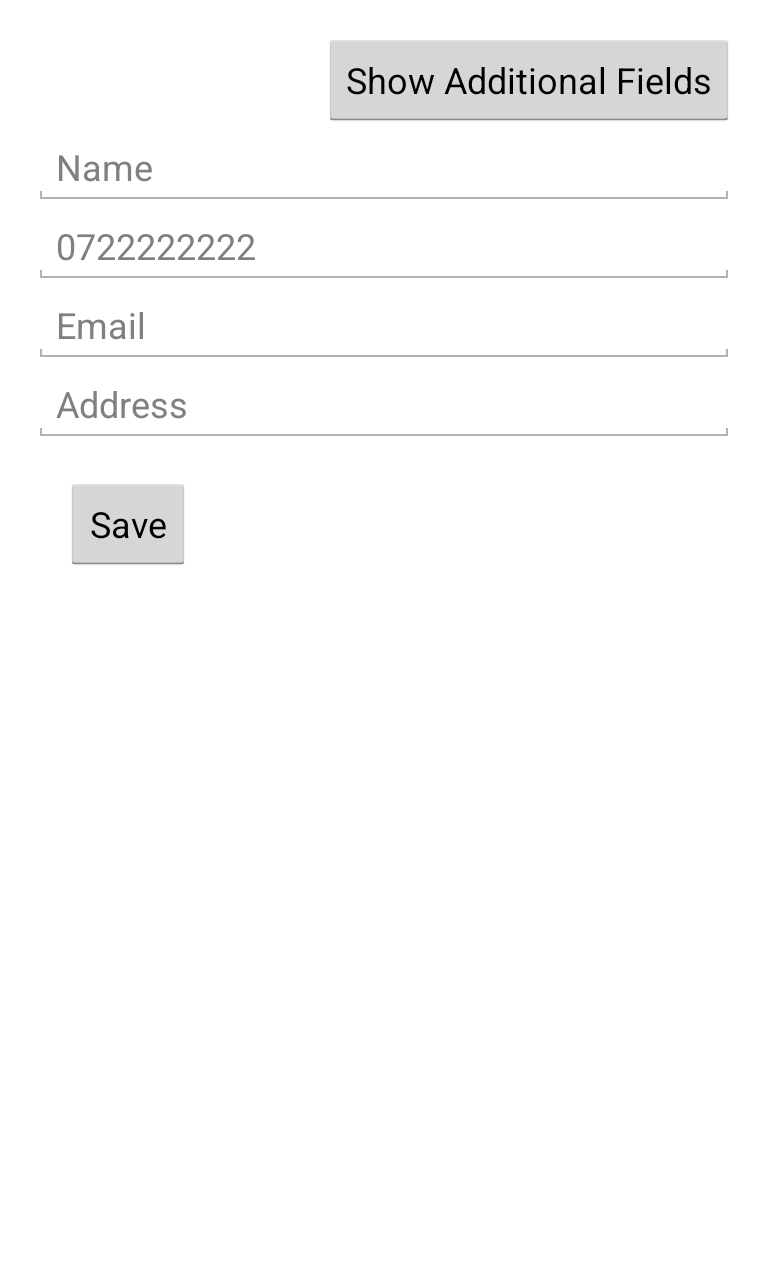
Repository: andreeastoican/Laborator04
Layout: ContactsManager/res/layout/fragment_basic_details.xml
These files come from the project's save history. The layout is drawn as it stood at one moment and after the next save; the edit follows.
It is drawn on a 768 x 1280 px phone screen (xhdpi) without system bars, with theme AppTheme; the app's code is not run.

Above is the layout before, as saved 2015-03-17 19:35:13.

### ContactsManager/res/layout/fragment_basic_details.xml
<LinearLayout xmlns:android="http://schemas.android.com/apk/res/android"
    xmlns:tools="http://schemas.android.com/tools"
    android:id="@+id/containerTop"
    android:layout_width="match_parent"
    android:layout_height="match_parent"
    android:paddingBottom="@dimen/activity_vertical_margin"
    android:paddingLeft="@dimen/activity_horizontal_margin"
    android:paddingRight="@dimen/activity_horizontal_margin"
    android:paddingTop="@dimen/activity_vertical_margin"
    android:orientation="vertical"
    tools:context="ro.pub.cs.systems.pdsd.lab04.contactsmanager.BasicDetailsFragment" >

    	<Button
	       android:id="@+id/id_additional_filed"
	       android:text="Show Additional Fields"
	       android:layout_height="wrap_content"
	       android:layout_width="wrap_content"
	       android:layout_gravity="right"/>
	   <EditText
	       android:id="@+id/id_name"
	       android:layout_width="fill_parent"
	       android:layout_height="wrap_content"
	       android:inputType="textPersonName"
	       android:hint="Name"/>
	   <EditText
	       android:id="@+id/id_phone"
	       android:layout_width="fill_parent"
	       android:layout_height="wrap_content"
	       android:inputType="phone"
	       android:hint="0722222222"/>
	   <EditText
	       android:id="@+id/id_email"
	       android:layout_width="fill_parent"
	       android:layout_height="wrap_content"
	       android:inputType="textEmailAddress"
	       android:hint="Email"/>
	   <EditText
	       android:id="@+id/id_address"
	       android:layout_width="fill_parent"
	       android:layout_height="wrap_content"
	       android:inputType="text"
	       android:hint="Address"/>
	   <LinearLayout
	       android:layout_width="match_parent"
		   android:layout_height="match_parent"
		   android:paddingBottom="@dimen/activity_vertical_margin"
		   android:paddingLeft="@dimen/activity_horizontal_margin"
		   android:paddingRight="@dimen/activity_horizontal_margin"
	       android:paddingTop="@dimen/activity_vertical_margin"
	       android:orientation="horizontal"
	       tools:context="ro.pub.cs.systems.pdsd.lab04.contactsmanager.BasicDetailsFragment" >
		   <Button
		       android:id="@+id/id_save"
		       android:layout_width="wrap_content"
		       android:layout_height="wrap_content"
		       android:text="Save"/>
	   </LinearLayout>

</LinearLayout>

Loaded but not shown: ContactsManager/res/values/styles.xml (common file); ContactsManager/res/values-v11/styles.xml (common file); ContactsManager/res/values-v14/styles.xml (common file); ContactsManager/res/values/dimens.xml (common file); ContactsManager/res/values-w820dp/dimens.xml (common file)

After the next save:
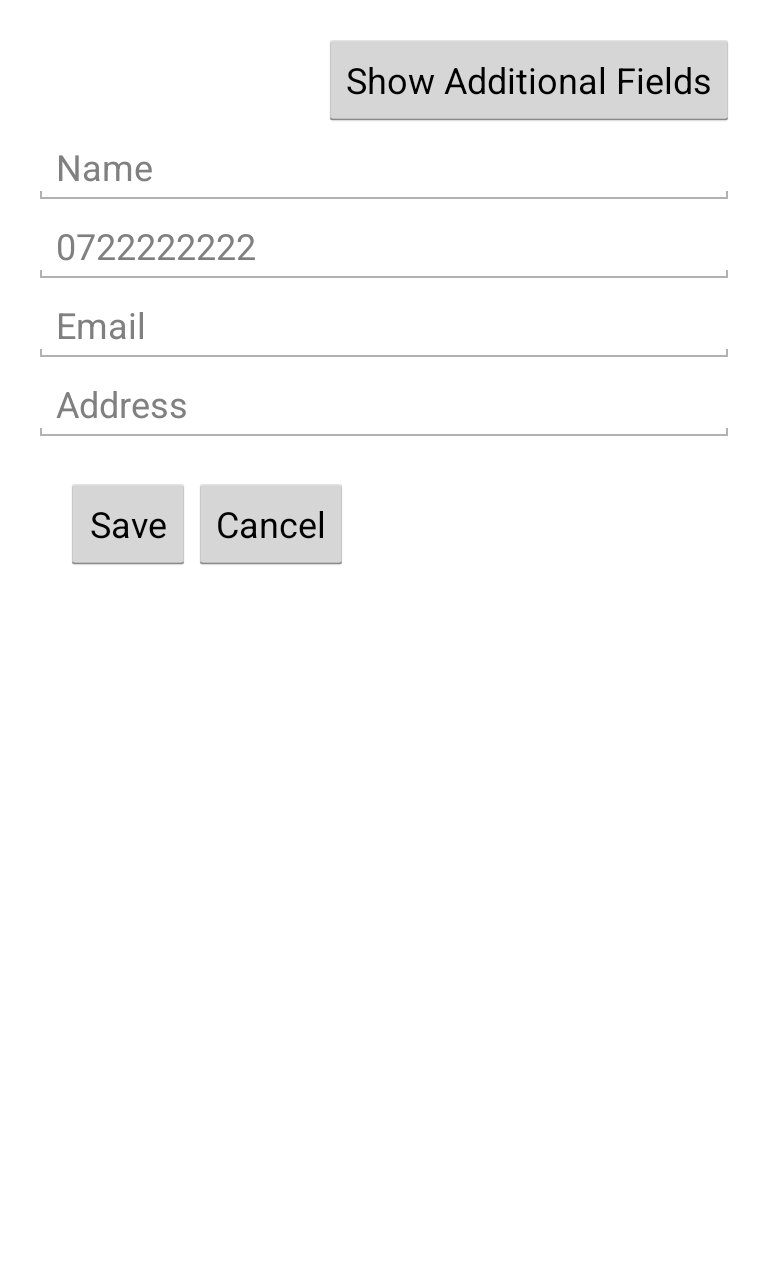
Saved 18 s later.
--- a/ContactsManager/res/layout/fragment_basic_details.xml
+++ b/ContactsManager/res/layout/fragment_basic_details.xml
@@ -54,6 +54,11 @@
 		       android:layout_width="wrap_content"
 		       android:layout_height="wrap_content"
 		       android:text="Save"/>
+		   <Button
+		       android:id="@+id/id_cancel"
+		       android:layout_width="wrap_content"
+		       android:layout_height="wrap_content"
+		       android:text="Cancel"/>
 	   </LinearLayout>
 
 </LinearLayout>
